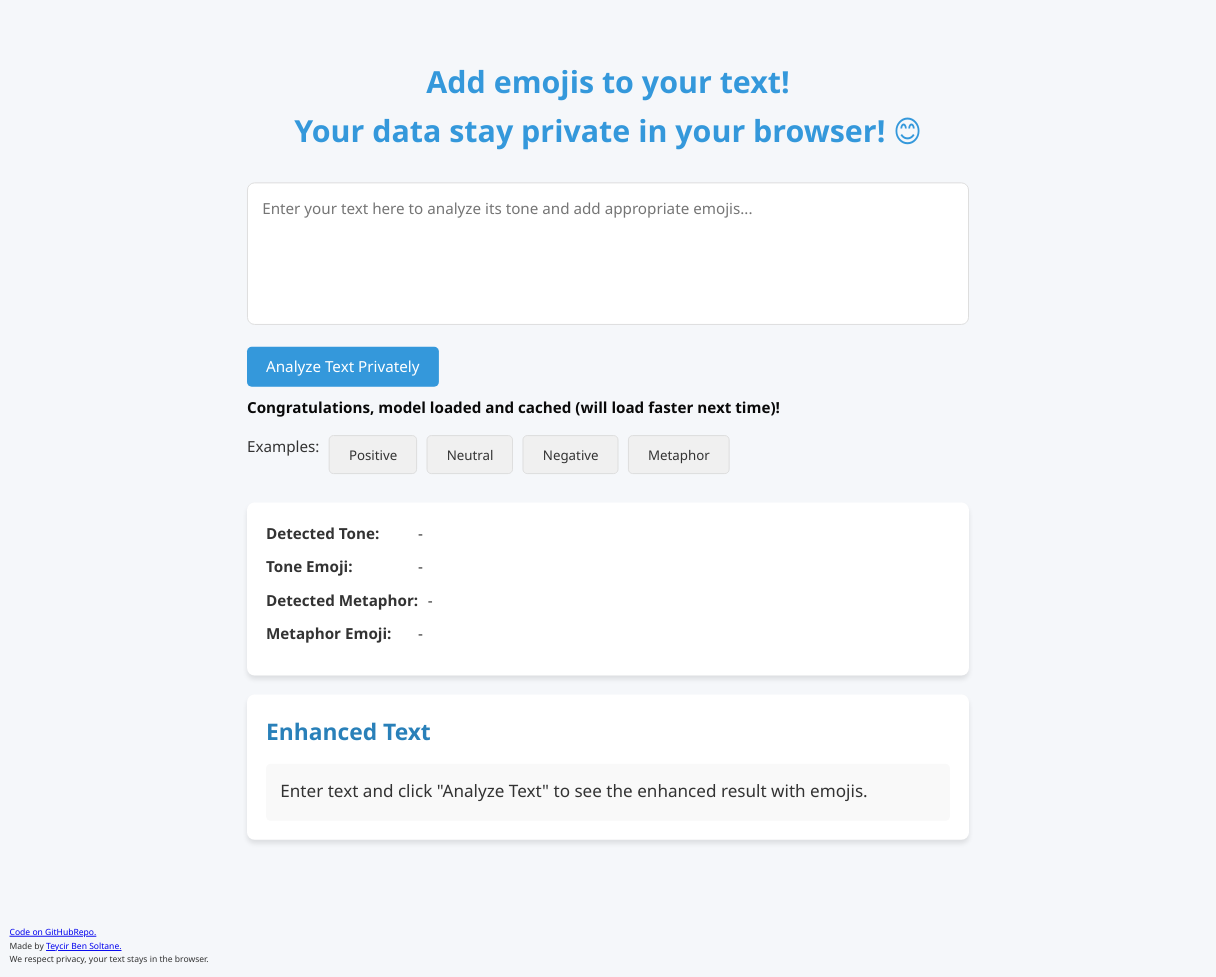
Repository: Teycir/emojiadder
Page: index.html
These files come from the project's save history. The page is drawn as it stood at one moment and after the next save; the edit follows.
The browser window is 1280 px wide. The pictures show the whole page, at 95% of full size.

Above is the page before, as saved 2025-03-23 15:32:13.

After the next save:
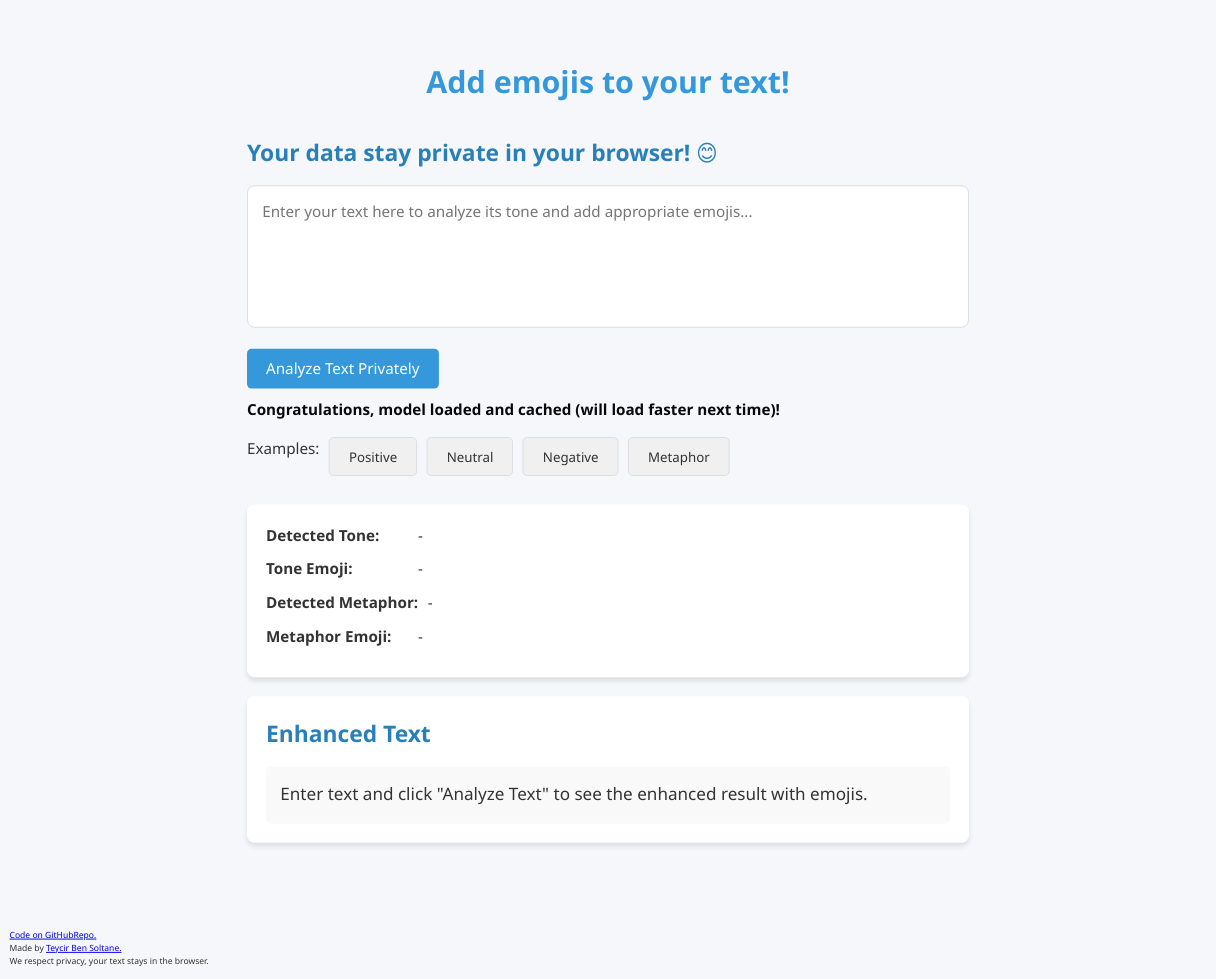
Saved 3 min 5 s later.
--- a/index.html
+++ b/index.html
@@ -46,8 +46,8 @@
 <body>
   <div class="container">
 
-    <h1>Add emojis to your text! <br>
-      Your data stay private in your browser! 😊</h1>
+    <h1>Add emojis to your text! <br></h1>
+      <h2>Your data stay private in your browser! 😊</h2>
 
 
     <div class="input-section">
